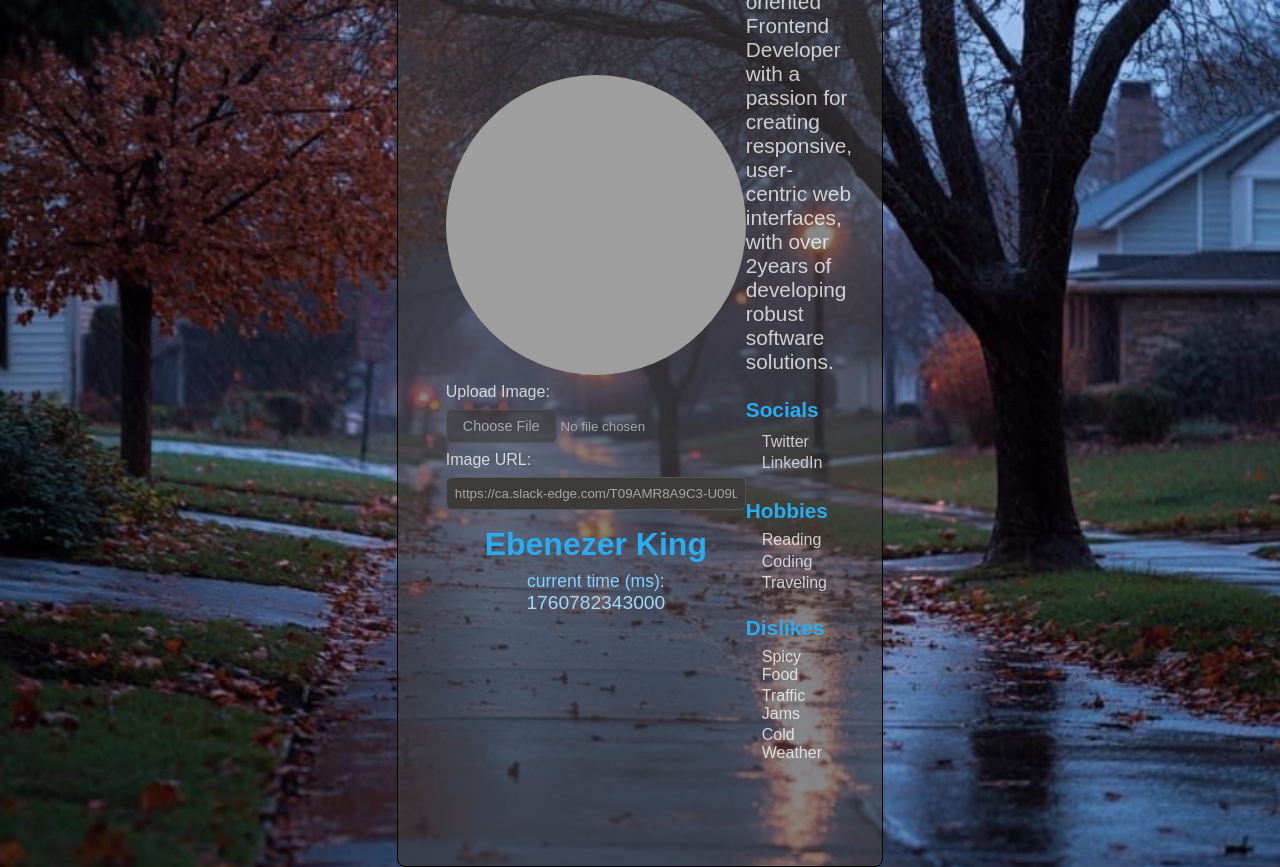
Repository: ebenezertiewei/profileCard
Page: index.html
These files come from the project's save history. The page is drawn as it stood at one moment and after a run of saves; the edit follows.
The browser window is 1280 px wide. The pictures show the whole page.
Pictures or frames that could not be fetched are drawn as grey boxes.

Above is the page before, as saved 2025-10-18 10:53:29.

After the next 3 saves:
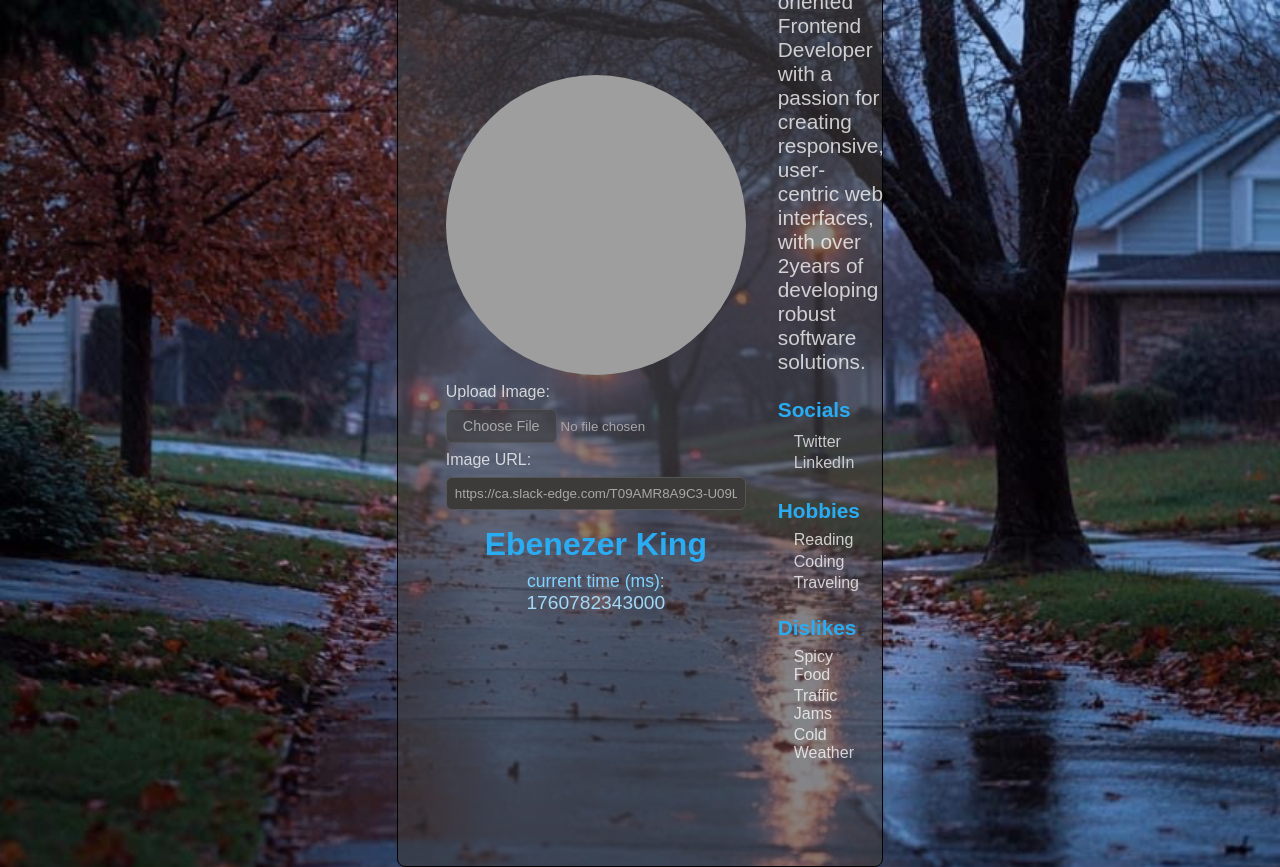
The 3 saves are shown as one change because they came seconds apart.
The last was saved 61 min 30 s later.
--- a/style.css
+++ b/style.css
@@ -217,8 +217,8 @@ article[data-testid="test-profile-card"] {
 		display: flex;
 		flex-direction: row;
 		width: 100%;
-	}
-
+		gap: 2rem;
+	}
 }
 /* ------------------- desktop ------------------- */
 @media (min-width: 1024px) {
